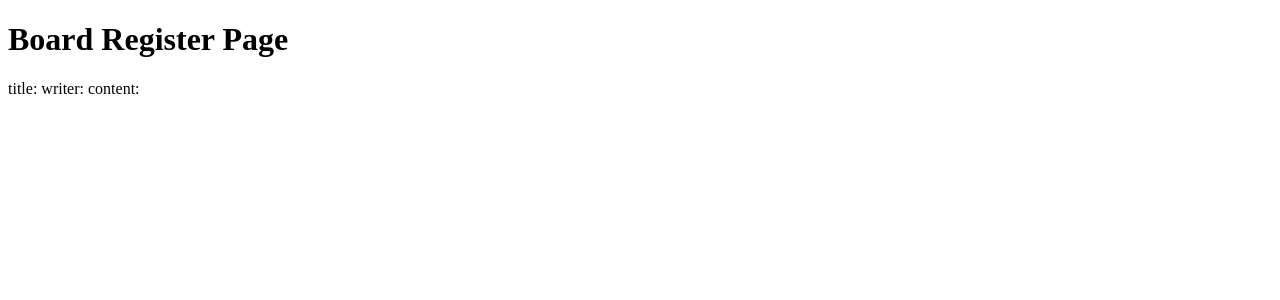
Repository: csk3830/jsp
Page: http://localhost/jsp_study/board/register.jsp
The author's editor kept a copy of each file at every save. The page is drawn from the files as they stood at one save, then again after the next save.
The browser window is 1280 px wide. The pictures show the whole page.
The page is served by Tomcat 9. Other server files are loaded and not shown.

Above is the page before, as saved 2024-10-22 06:04:03.

### jsp_study/src/main/webapp/board/register.jsp
<%@ page language="java" contentType="text/html; charset=UTF-8"
    pageEncoding="UTF-8"%>
<!DOCTYPE html>
<html>
<head>
<meta charset="UTF-8">
<title>Insert title here</title>
</head>
<body>
	<h1>Board Register Page</h1>
	title:
	writer:
	content:
</body>
</html>

After the next save:
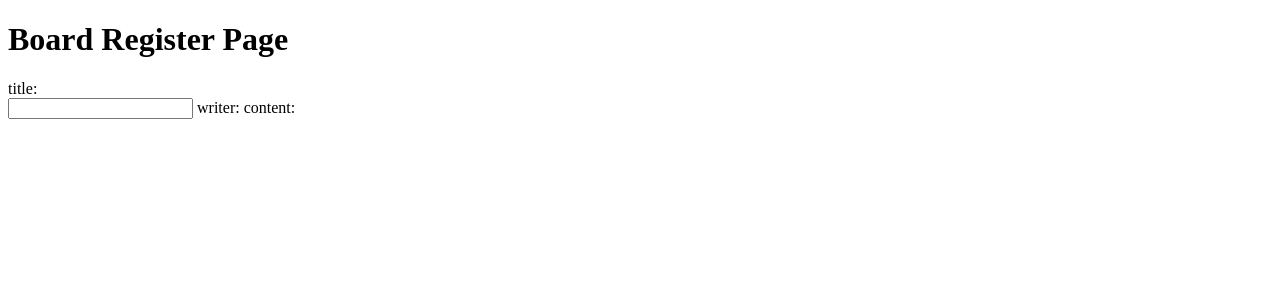
Saved 18 s later.
--- a/jsp_study/src/main/webapp/board/register.jsp
+++ b/jsp_study/src/main/webapp/board/register.jsp
@@ -8,7 +8,8 @@
 </head>
 <body>
 	<h1>Board Register Page</h1>
-	title:
+	title:<br>
+	<input type="text" name="title">
 	writer:
 	content:
 </body>
